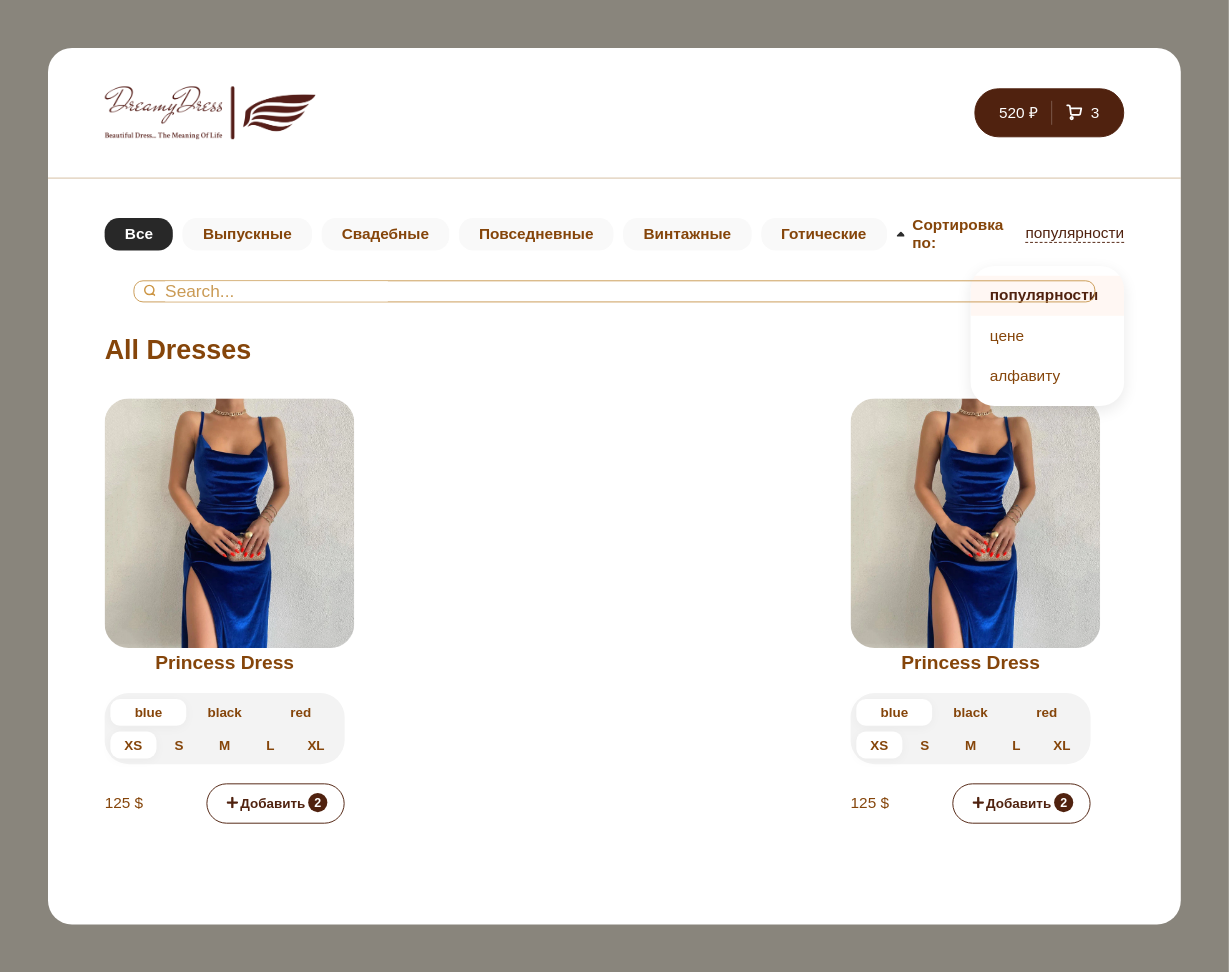
Repository: DisasterWoman/SPA-shop
Page: /
An editor plug-in stored every save of this project. The page is shown before and after the next save, followed by the edit.
The browser window is 1280 px wide. The pictures show the whole page, at 96% of full size.
Some web fonts or font styles are not loaded; a fallback is used. The project was rebuilt for these pictures with package versions that can differ from the ones it lists, and the page was loaded fresh each time.

Above is the page before, as saved 2022-11-29 17:31:27.

### src/App.js
import './scss/app.scss';
import Categories from './components/Categories/Categories';
import DressBlock from './components/DressBlock/DressBlock';
import Header from './components/Header/Header';
import Sort from './components/Sort/Sort';
import SearchBar from './components/SearchBar/SearchBar';

function App() {
  return (
    <div className="wrapper">
      <Header />
      <div className="content">
        <div className="container">
          <div className="content__top">
            <Categories />
            <Sort />
          </div>
          <SearchBar />
          <h2 className="content__title">All Dresses</h2>
          <div className="content__items">
            <DressBlock />
            <DressBlock />
          </div>
        </div>
      </div>
    </div>
  );
}

export default App;

### src/scss/app.scss
@import 'variables.scss';
@import './libs/normalize.scss';
@import './all';

body {
  background-color: $background;
}

.wrapper {
  width: calc(100vw - 100px);
  height: 100%;
  background-color: #fff;
  margin: 50px auto;
  border-radius: 25px;
  max-width: 1400px;
}

.content {
  padding: 40px 0;

  &__title {
    margin: 35px 0;
  }

  &__items {
    display: flex;
    flex-wrap: wrap;
    justify-content: space-between;
  }

  &__top {
    display: flex;
    align-items: center;
    justify-content: space-between;
  }
}

.container {
  width: $container-width;
  margin: 0 auto;

  &--cart {
    max-width: 820px;
    margin: 90px auto;
    .content__title {
      margin: 0;
    }
  }
}

.cart {
  &__top {
    display: flex;
    justify-content: space-between;
    align-items: center;
  }

  .content__title {
    display: flex;
    align-items: center;
    font-size: 32px;

    svg {
      position: relative;
      top: -2px;
      width: 30px;
      height: 30px;
      margin-right: 10px;
      path {
        stroke: $black;
        strokewidth: 1.9;
      }
    }
  }

  &__clear {
    display: flex;
    align-items: center;
    cursor: pointer;
    @include noselect();

    span {
      display: inline-block;
      margin-left: 7px;
      color: #b6b6b6;
      font-size: 18px;
    }

    span,
    svg,
    path {
      transition: all $duration ease-in-out;
    }

    &:hover {
      svg {
        path {
          stroke: darken($color: #b6b6b6, $amount: 50);
        }
      }
      span {
        color: darken($color: #b6b6b6, $amount: 50);
      }
    }
  }

  &__item {
    display: flex;
    width: 100%;
    border-top: 1px solid $gray-line;
    padding-top: 30px;
    margin-top: 30px;

    &-img {
      display: flex;
      align-items: center;
      margin-right: 15px;
      width: 10%;

      img {
        width: 80px;
        height: 80px;
      }
    }

    &-info {
      display: flex;
      flex-direction: column;
      justify-content: center;
      width: 40%;

      h3 {
        font-weight: bold;
        font-size: 22px;
        line-height: 27px;
        letter-spacing: 0.01em;
      }

      p {
        font-size: 18px;
        color: #8d8d8d;
      }
    }

    &-count {
      display: flex;
      align-items: center;
      justify-content: space-between;
      width: 13%;

      &-minus {
        svg {
          path:first-of-type {
            display: none;
          }
        }
      }

      b {
        font-size: 22px;
      }
    }

    &-price {
      display: flex;
      align-items: center;
      justify-content: center;
      width: 33%;

      b {
        font-weight: bold;
        font-size: 22px;
        letter-spacing: 0.01em;
      }
    }

    &-remove {
      display: flex;
      align-items: center;
      justify-content: flex-end;
      width: 4%;

      .button {
        border-color: darken($color: $gray-line, $amount: 10);
      }

      svg {
        transform: rotate(45deg);

        path {
          fill: darken($color: $gray-line, $amount: 15);
        }
      }

      .button {
        svg {
          width: 11.5px;
          height: 11.5px;
          position: relative;
        }
        &:hover,
        &:active {
          border-color: darken($color: $gray-line, $amount: 80);
          background-color: darken($color: $gray-line, $amount: 80);
        }
      }
    }
  }

  &__bottom {
    margin: 50px 0;

    &-details {
      display: flex;
      justify-content: space-between;

      span {
        font-size: 22px;

        &:last-of-type {
          b {
            color: $brown;
          }
        }
      }
    }

    &-buttons {
      display: flex;
      justify-content: space-between;
      margin-top: 40px;

      .go-back-btn {
        display: flex;
        align-items: center;
        justify-content: center;
        width: 210px;

        border-color: darken($color: $gray-line, $amount: 10);

        span {
          color: darken($color: $gray-line, $amount: 20);
          font-weight: 500;
          font-weight: 600;
        }

        &:hover {
          background-color: darken($color: $gray-line, $amount: 90);
          border-color: darken($color: $gray-line, $amount: 90);

          span {
            color: $gray-line;
          }
        }

        svg {
          margin-right: 12px;
          path {
            fill: transparent;
            strokewidth: 2;
          }
        }
      }

      .pay-btn {
        font-size: 16px;
        font-weight: 600;
        width: 210px;
        padding: 16px;
      }
    }
  }

  &--empty {
    margin: 0 auto;
    width: 560px;
    text-align: center;

    h2 {
      font-size: 32px;
      margin-bottom: 10px;
    }

    p {
      font-size: 18px;
      line-height: 145.4%;
      letter-spacing: 0.01em;
      color: #777777;
    }

    icon {
      position: relative;
      top: 2px;
    }

    img {
      display: block;
      width: 300px;
      margin: 45px auto 60px;
    }

    .button--black {
      padding: 12px 0 14px;
      width: 230px;
      margin: 0 auto;
      font-weight: 600;
      font-size: 18px;
    }
  }
}

### src/components/Categories/Categories.jsx
import React from 'react';

function Categories() {
  return (
    <div className="categories">
      <ul>
        <li className="active">Все</li>
        <li>Выпускные</li>
        <li>Свадебные</li>
        <li>Повседневные</li>
        <li>Винтажные</li>
        <li>Готические</li>
      </ul>
    </div>
  );
}

export default Categories;

### src/components/DressBlock/DressBlock.jsx
import React from 'react';
import { Button } from '../Button/Button';
import './_dress-block.scss';

function DressBlock() {
  return (
    <div className="dress-block">
      <img className="dress-block__image" src="/images/dresses/dress0-blue.webp" alt="Dress" />
      <h4 className="dress-block__title">Princess Dress</h4>
      <div className="dress-block__selector">
        <ul>
          <li className="active">blue</li>
          <li>black</li>
          <li>red</li>
        </ul>
        <ul>
          <li className="active">XS</li>
          <li>S</li>
          <li>M</li>
          <li>L</li>
          <li>XL</li>
        </ul>
      </div>
      <div className="dress-block__bottom">
        <div className="dress-blockk__price">125 $</div>
        <Button/>
      </div>
    </div>
  );
}

export default DressBlock;

### src/components/Header/Header.jsx
import React from 'react';
import './_header.scss';
function Header() {
  return (
    <div className="header">
      <div className="container">
        <div className="header__logo">
          <img width="220" src="/dreamy-dress.png" alt="logo" />
          <div></div>
        </div>
        <div className="header__cart">
          <a href="/cart.html" className="button button--cart">
            <span>520 ₽</span>
            <div className="button__delimiter"></div>
            <svg
              width="18"
              height="18"
              viewBox="0 0 18 18"
              fill="none"
              xmlns="http://www.w3.org/2000/svg"
            >
              <path
                d="M6.33333 16.3333C7.06971 16.3333 7.66667 15.7364 7.66667 15C7.66667 14.2636 7.06971 13.6667 6.33333 13.6667C5.59695 13.6667 5 14.2636 5 15C5 15.7364 5.59695 16.3333 6.33333 16.3333Z"
                stroke="white"
                strokeWidth="1.8"
                strokeLinecap="round"
                strokeLinejoin="round"
              />
              <path stroke="white" strokeWidth="1.8" strokeLinecap="round" strokeLinejoin="round" />
              <path
                d="M4.78002 4.99999H16.3334L15.2134 10.5933C15.1524 10.9003 14.9854 11.176 14.7417 11.3722C14.4979 11.5684 14.1929 11.6727 13.88 11.6667H6.83335C6.50781 11.6694 6.1925 11.553 5.94689 11.3393C5.70128 11.1256 5.54233 10.8295 5.50002 10.5067L4.48669 2.82666C4.44466 2.50615 4.28764 2.21182 4.04482 1.99844C3.80201 1.78505 3.48994 1.66715 3.16669 1.66666H1.66669"
                stroke="white"
                strokeWidth="1.8"
                strokeLinecap="round"
                strokeLinejoin="round"
              />
            </svg>
            <span>3</span>
          </a>
        </div>
      </div>
    </div>
  );
}

export default Header;

### src/components/Sort/Sort.jsx
import React from 'react';
import './_sort.scss';

function Sort() {
  return (
    <div className="sort">
      <div className="sort__label">
        <svg
          width="10"
          height="6"
          viewBox="0 0 10 6"
          fill="none"
          xmlns="http://www.w3.org/2000/svg"
        >
          <path
            d="M10 5C10 5.16927 9.93815 5.31576 9.81445 5.43945C9.69075 5.56315 9.54427 5.625 9.375 5.625H0.625C0.455729 5.625 0.309245 5.56315 0.185547 5.43945C0.061849 5.31576 0 5.16927 0 5C0 4.83073 0.061849 4.68424 0.185547 4.56055L4.56055 0.185547C4.68424 0.061849 4.83073 0 5 0C5.16927 0 5.31576 0.061849 5.43945 0.185547L9.81445 4.56055C9.93815 4.68424 10 4.83073 10 5Z"
            fill="#2C2C2C"
          />
        </svg>
        <b>Сортировка по:</b>
        <span>популярности</span>
      </div>
      <div className="sort__popup">
        <ul>
          <li className="active">популярности</li>
          <li>цене</li>
          <li>алфавиту</li>
        </ul>
      </div>
    </div>
  );
}

export default Sort;

### src/components/SearchBar/SearchBar.jsx
import React, {useState}  from 'react'
import './_searchBar.scss';
function SearchBar() {
  return (
    <div className="search-bar">
      <img
        className="search-bar__icon"
        alt="search"
        src="images/icons/search.svg"
        width={12}
        height={13}
      ></img>
      <input
        placeholder="Search..."
      ></input>
    </div>
  );
}

export default SearchBar

### src/scss/_variables.scss
$black: #85450a;
$background: #89857c;
$gray-line: #d5bda1;
$brown: #50220f;

$container-width: 90%;

$duration: 0.15s;

### src/scss/libs/_normalize.scss
@import url('https://fonts.googleapis.com/css2?family=Anek+Devanagari&display=swap');

*{
  padding: 0;
  margin: 0;
  list-style: none;
  outline: none;
  font-family: 'Anek Devanagari', sans-serif;
  box-sizing: border-box;
}

html {
  -ms-text-size-adjust: 100%;
  -webkit-text-size-adjust: 100%;
}

body {
  -moz-osx-font-smoothing: grayscale;
  -webkit-font-smoothing: antialiased;
  color: $black;
}

a,
span,
p,
b,
h1,
h2,
h3,
h4,
h5 {
  color: $black;
}

h1 {
  font-size: 48px;
}

h2 {
  font-weight: 600;
  font-size: 28px;
  line-height: 30px;
}

a {
  text-decoration: none;
}

@mixin noselect {
  -webkit-touch-callout: none; /* iOS Safari */
  -webkit-user-select: none; /* Safari */
  -khtml-user-select: none; /* Konqueror HTML */
  -moz-user-select: none; /* Old versions of Firefox */
  -ms-user-select: none; /* Internet Explorer/Edge */
  user-select: none; /* Non-prefixed version, currently
                                  supported by Chrome, Opera and Firefox */
}

### src/scss/_all.scss
@import '../components/Header/Header';
@import '../components/Button/button';
@import '../components/Categories/Categories';
@import '../components/Sort/Sort';
@import '../components/DressBlock/dress-block';

### src/components/Header/_header.scss
@import '../../../src/scss/variables';

.header {
  border-bottom: 1px solid $gray-line;
  padding: 40px 0;

  .container {
    display: flex;
    align-items: center;
    justify-content: space-between;
  }

  &__logo {
    display: flex;

    img {
      margin-right: 15px;
    }

    h1 {
      color: #181818;
      font-size: 24px;
      letter-spacing: 1%;
      text-transform: uppercase;
      font-weight: 800;
    }

    p {
      color: #7b7b7b;
    }
  }
}

### src/components/Button/_button.scss
@import '../../../src/scss/variables';

.button {
  display: inline-block;
  background-color: $brown;
  border-radius: 25px;
  padding: 10px 20px;
  min-width: 100px;
  text-align: center;
  cursor: pointer;
  transition: background-color $duration ease-in-out, border-color $duration ease-in-out;
  border: 1px solid transparent;

  &,
  span {
    color: #fff;
  }

  i,
  span,
  path,
  svg {
    transition: all $duration ease-in-out;
  }

  &:hover {
    background-color: darken($brown, 8%);
  }

  &:active {
    background-color: darken($brown, 12%);
    transform: translateY(1px);
  }

  &--circle {
    display: flex;
    align-items: center;
    justify-content: center;
    width: 30px;
    height: 30px;
    min-width: 30px;
    padding: 0;
    border-width: 2px;
  }

  &--black {
    background-color: $black;

    &:hover,
    &:active {
      background-color: lighten($color: $black, $amount: 10);
    }
  }

  &--outline {
    background-color: #fff;
    border-color: $brown;
    &,
    span {
      color: $brown;
    }

    svg {
      path {
        fill: $brown;
      }
    }

    &:hover {
      background-color: $brown;

      &,
      span {
        color: #fff;
      }

      svg {
        path {
          fill: #fff;
        }
      }
    }

    &:active {
      background-color: darken($brown, 8%);
    }
  }

  &__delimiter {
    width: 1px;
    height: 25px;
    background-color: rgba(255, 255, 255, 0.25);
    margin-left: 14px;
    margin-right: 14px;
  }

  &--add {
    svg {
      margin-right: 2px;
    }

    span {
      font-weight: 600;
      font-size: 14px;
    }

    &:hover {
      i {
        background-color: #fff;
        color: $brown;
      }
    }

    i {
      display: inline-block;
      border-radius: 30px;
      background-color: $brown;
      color: #fff;
      font-weight: 600;
      width: 20px;
      height: 20px;
      font-style: normal;
      font-size: 13px;
      line-height: 22px;
      position: relative;
      top: -1px;
      left: 3px;
    }
  }

  &--cart {
    display: flex;
    align-items: center;
    line-height: 23px;
    padding: 12px 25px;
    border-color: $brown;

    svg {
      margin-right: 8px;
      margin-bottom: 1px;
    }

    span {
      font-weight: 500;
      font-size: 16px;
    }
  }
}

### src/components/Categories/_categories.scss
@import '../../../src/scss/variables';

.categories {
  ul {
    display: flex;

    li {
      background-color: #f9f9f9;
      padding: 8px 21px;
      border-radius: 15px;
      margin-right: 10px;
      font-weight: bold;
      cursor: pointer;
      transition: background-color 0.1s ease-in-out;
      @include noselect();

      &:hover {
        background-color: darken(#f9f9f9, 2%);
      }

      &:active {
        background-color: darken(#f9f9f9, 5%);
      }

      &.active {
        background-color: #282828;
        color: #fff;
      }
    }
  }
}

### src/components/Sort/_sort.scss
@import '../../../src/scss/variables';

.sort {
  position: relative;
  &__label {
    display: flex;
    align-items: center;

    svg {
      margin-right: 8px;
    }

    b {
      margin-right: 8px;
    }

    span {
      color: $brown;
      border-bottom: 1px dashed $brown;
      cursor: pointer;
    }
  }

  &__popup {
    position: absolute;
    right: 0;
    margin-top: 15px;
    background: #ffffff;
    box-shadow: 0px 5px 15px rgba(0, 0, 0, 0.09);
    border-radius: 25px;
    overflow: hidden;
    padding: 10px 0;
    width: 160px;

    ul {
      overflow: hidden;
      li {
        padding: 12px 20px;
        cursor: pointer;

        &.active,
        &:hover {
          background: rgba(254, 95, 30, 0.05);
        }

        &.active {
          font-weight: bold;
          color: $brown;
        }
      }
    }
  }
}

### src/components/DressBlock/_dress-block.scss
@import '../../../src/scss/variables';

.dress-block {
  width: 250px;
  text-align: center;
  margin-bottom: 65px;

  &:not(:nth-of-type(4n)) {
    margin-right: 35px;
  }

  &__image {
    border-radius: 25px;
    width: 260px;
  }

  &__title {
    font-size: 20px;
    font-weight: 900;
    letter-spacing: 1%;
    margin-bottom: 20px;
  }

  &__selector {
    display: flex;
    background-color: #f3f3f3;
    border-radius: 25px;
    flex-direction: column;
    padding: 6px;

    ul {
      display: flex;
      flex: 1;

      &:first-of-type {
        margin-bottom: 6px;
      }

      li {
        padding: 6px;
        flex: 1;
        cursor: pointer;
        font-weight: 600;
        font-size: 14px;
        &.active {
          background: #ffffff;
          box-shadow: 0px 2px 11px rgba(0, 0, 0, 0.04);
          border-radius: 10px;
          cursor: auto;
        }
      }
    }
  }

  &__bottom {
    display: flex;
    align-items: center;
    justify-content: space-between;
    margin-top: 20px;
  }

  &__price {
    font-weight: bold;
    font-size: 22px;
    line-height: 27px;
    letter-spacing: 0.015em;
  }
}

### src/components/Button/Button.jsx
export const Button = () => {
    return (
      <div className="button button--outline button--add">
        <svg
          width="12"
          height="12"
          viewBox="0 0 12 12"
          fill="none"
          xmlns="http://www.w3.org/2000/svg"
        >
          <path
            d="M10.8 4.8H7.2V1.2C7.2 0.5373 6.6627 0 6 0C5.3373 0 4.8 0.5373 4.8 1.2V4.8H1.2C0.5373 4.8 0 5.3373 0 6C0 6.6627 0.5373 7.2 1.2 7.2H4.8V10.8C4.8 11.4627 5.3373 12 6 12C6.6627 12 7.2 11.4627 7.2 10.8V7.2H10.8C11.4627 7.2 12 6.6627 12 6C12 5.3373 11.4627 4.8 10.8 4.8Z"
            fill="white"
          />
        </svg>
        <span>Добавить</span>
        <i>2</i>
      </div>
    );
}

### src/components/SearchBar/_searchBar.scss
.search-bar{
  margin: 30px;
  border: 1px solid #CA9B55;
  border-radius: 10px;
  padding: 0 10px;
  position: relative;
  &__icon{
    margin-right: 10px;
    margin-top: 2px;
  }
  input{
    font-size: 18px;
    outline-offset: 0;
    outline: none;
    border: none;
    color: #F5D8AD;
  }
     ::placeholder {
      color: #CA9B55;
      opacity: 1;
    }

}

Loaded but not shown: public/index.html (common file); src/index.js (common file)

After the next save:
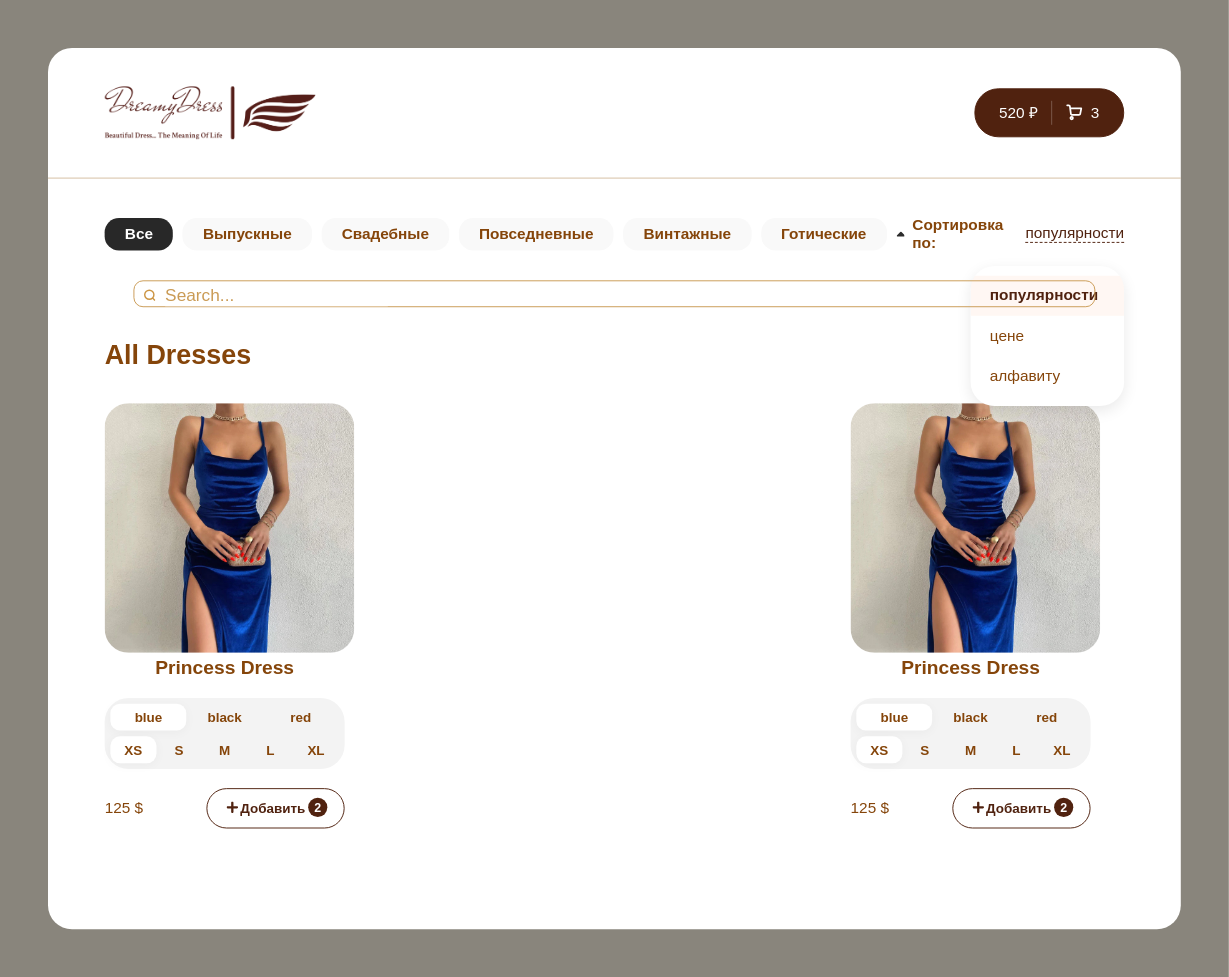
Saved 11 s later.
--- a/src/components/SearchBar/_searchBar.scss
+++ b/src/components/SearchBar/_searchBar.scss
@@ -6,7 +6,7 @@
   position: relative;
   &__icon{
     margin-right: 10px;
-    margin-top: 2px;
+    margin-top: 8px;
   }
   input{
     font-size: 18px;
